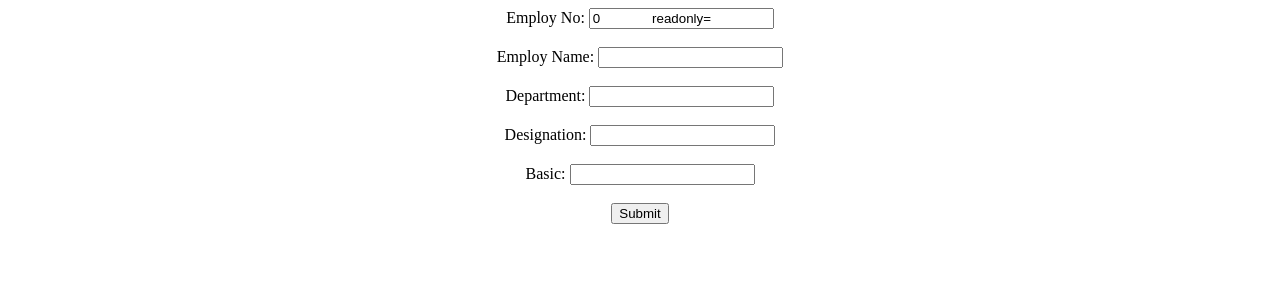
Repository: vinodkumarr269/mode1
Page: http://localhost/EmployCrude/AddEmploy.jsp
An editor plug-in stored every save of this project. The page is shown before and after the next save, followed by the edit.
The browser window is 1280 px wide. The pictures show the whole page.
The page is served by Tomcat 9. Queries for data that is not in the repository find no rows.

Above is the page before, as saved 2019-08-21 07:29:01.

### day13/EmployCrude/WebContent/AddEmploy.jsp
<%@page import="java.sql.ResultSet"%>
<%@page import="java.sql.PreparedStatement"%>
<%@page import="com.hcl.employ.DaoConnection"%>
<%@page import="java.sql.Connection"%>
<%@ page language="java" contentType="text/html; charset=ISO-8859-1"
    pageEncoding="ISO-8859-1"%>
<!DOCTYPE html PUBLIC "-//W3C//DTD HTML 4.01 Transitional//EN" "http://www.w3.org/TR/html4/loose.dtd">
<html>
<head>
<meta http-equiv="Content-Type" content="text/html; charset=ISO-8859-1">
<title>Insert title here</title>
</head>
<body>
<%
Connection con=DaoConnection.getConnection();
String cmd="select max(empno)+1 empno from employ";
PreparedStatement pst=con.prepareStatement(cmd);
ResultSet rs=pst.executeQuery();
rs.next();
int empno=rs.getInt("empno");
%>
<form method="get" action="AddEmploy.jsp">
		<center>
		Employ No:
		<input type="text"
		value="<%=empno %>
		readonly="readonly" name="empno"/><br/><br/>
		Employ Name:
		<input type="text" name="name"/><br/><br/>
		Department:
		<input type="text" name="dept"/><br/><br/>
		Designation:
		<input type="text" name="desig"/><br/><br/>
		Basic:
		<input type="text" name="basic"/><br/><br/>
		<input type="submit" name="update"/><br/><br/>
		</center>


</body>
</html>

### day13/EmployCrude/src/com/hcl/employ/DaoConnection.java
package com.hcl.employ;

import java.sql.Connection;
import java.sql.DriverManager;
import java.sql.SQLException;
import java.util.ResourceBundle;

public class DaoConnection {
	public static Connection getConnection(){
			ResourceBundle rb=ResourceBundle.getBundle("db");

			String driver=rb.getString("driver");
			String url=rb.getString("url");
			String user=rb.getString("user");
			String pwd=rb.getString("password");
			Connection con=null;
			try {
				Class.forName(driver);
				con=DriverManager.getConnection(url,user,pwd);
				} catch (ClassNotFoundException e) {
				// TODO Auto-generated catch block
				e.printStackTrace();
		     	} catch (SQLException e) {
					// TODO Auto-generated catch block
					e.printStackTrace();
				}
			return con;
		}
	}

After the next save:
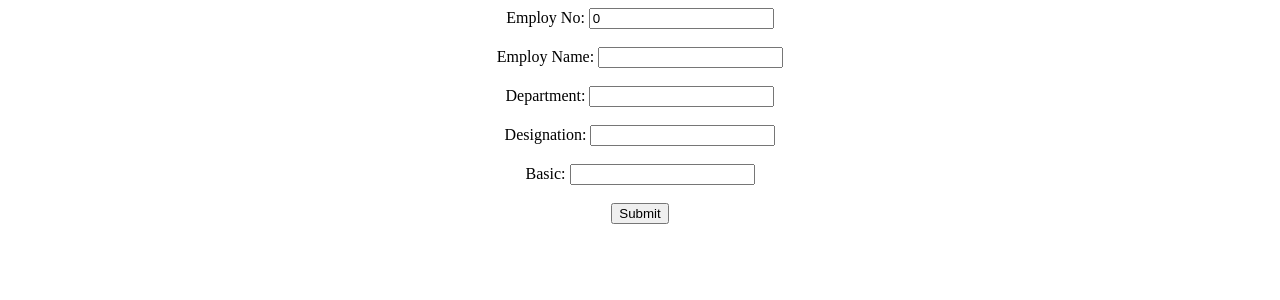
Saved 21 s later.
--- a/day13/EmployCrude/WebContent/AddEmploy.jsp
+++ b/day13/EmployCrude/WebContent/AddEmploy.jsp
@@ -23,7 +23,7 @@ int empno=rs.getInt("empno");
 		<center>
 		Employ No:
 		<input type="text"
-		value="<%=empno %>
+		value="<%=empno %>"
 		readonly="readonly" name="empno"/><br/><br/>
 		Employ Name:
 		<input type="text" name="name"/><br/><br/>
